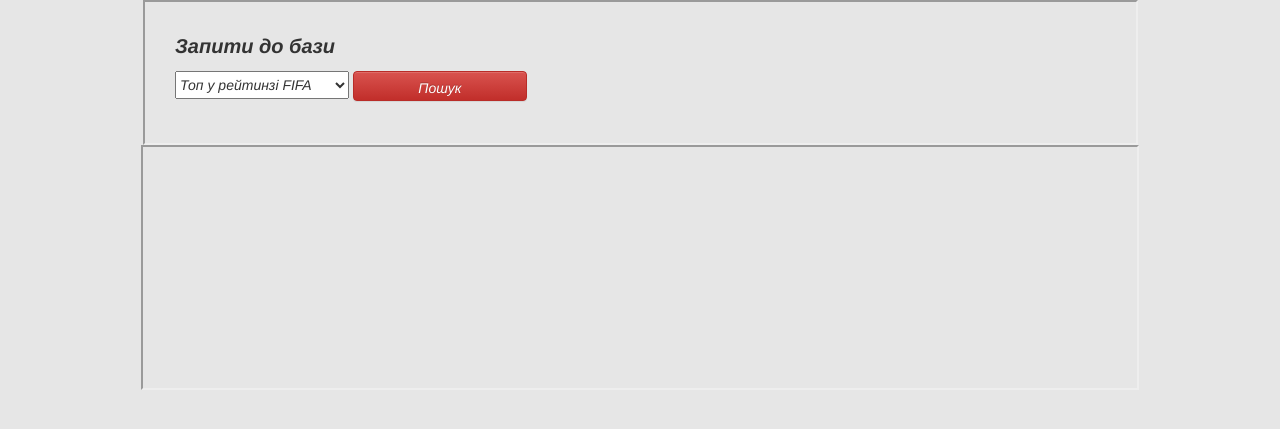
Repository: polik1996/StatisticManager
Page: StatisticsManager/WebContent/frameTeam.html
The author's editor kept a copy of each file at every save. The page is drawn from the files as they stood at one save, then again after the next save.
The browser window is 1280 px wide. The pictures show the whole page.

Above is the page before, as saved 2016-06-15 17:26:19.
Console error (its wording comes from the project's code and is left out).

After the next save:
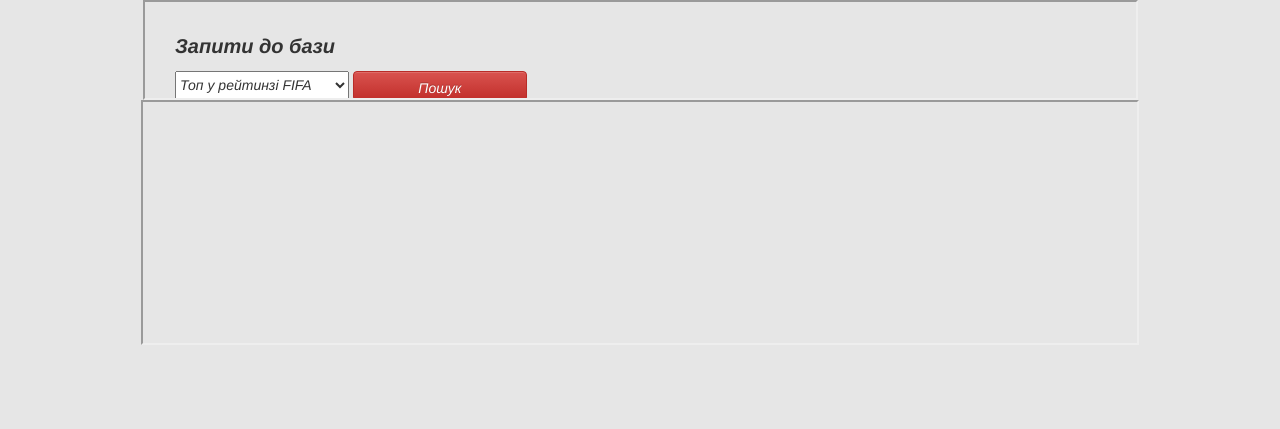
Saved 110 min 31 s later.
--- a/StatisticsManager/WebContent/frameTeam.html
+++ b/StatisticsManager/WebContent/frameTeam.html
@@ -21,7 +21,7 @@
 </head>
 <body>
 	<center>
-		<div><iframe name="forChooseQueryTeam" src = "queryForTeam.html" width="995" height="145" align =top  ></iframe>
+		<div><iframe name="forChooseQueryTeam" src = "queryForTeam.html" width="995" height="100" align =top  ></iframe>
 		<div><iframe name="forOutputTeam" width="998" height="245" align =top > </iframe>
 		</div>
 		</div>
